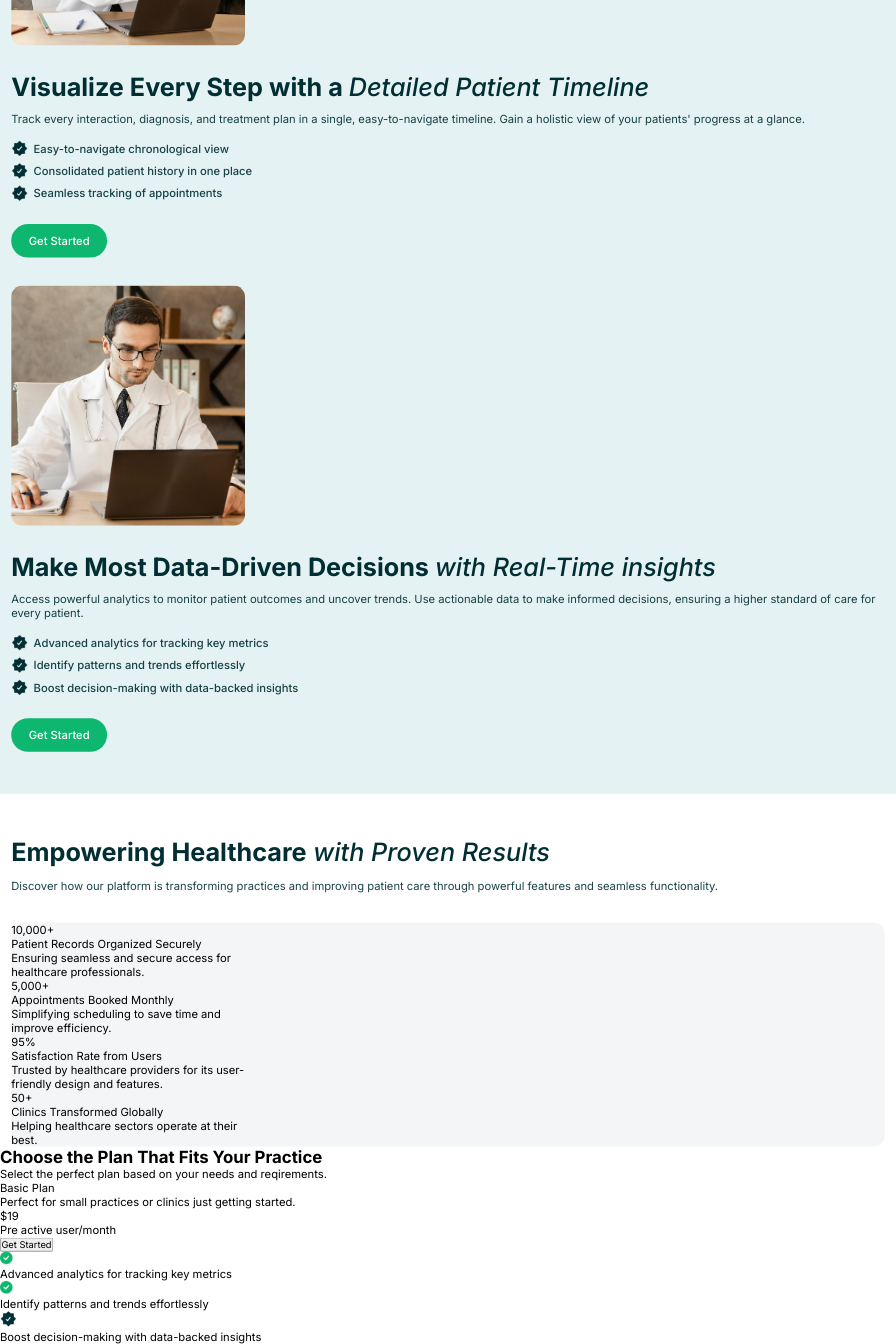
Repository: DiegoWWeege/recuperacao-prova-front-end
Page: index.html
These files come from the project's save history. The page is drawn as it stood at one moment and after the next save; the edit follows.
The browser window is 1280 px wide. The pictures show the part of the page from y = 1870 to 3790 px (the page is 3790 px tall before and 3784 px after), at 70% of full size.

Above is the page before, as saved 2026-06-22 19:06:30.

After the next save:
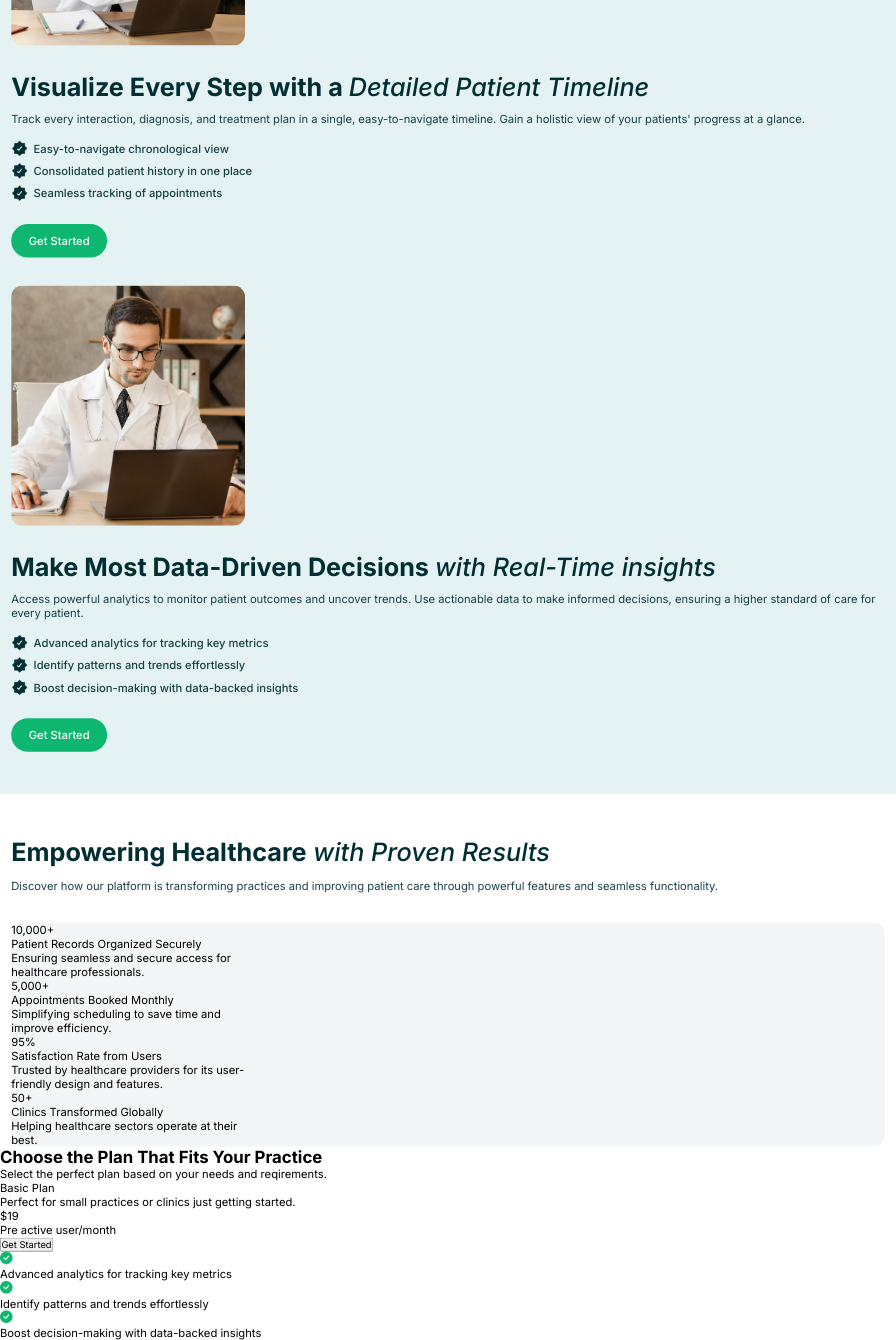
Saved 8 s later.
--- a/index.html
+++ b/index.html
@@ -126,7 +126,7 @@
                 <p class = "first-p">5,000+</p>
                 <p class = "second-p">Appointments Booked Monthly</p>
 
-                <p>Simplifying scheduling to save time and improve efficiency.</p>
+                <p class = "third-p">Simplifying scheduling to save time and improve efficiency.</p>
             </section>
 
             <section class = "large-box">
@@ -169,10 +169,10 @@
                 <img src="icons/green-ok.png" alt="">
                 <p class = "benefit">Advanced analytics for tracking key metrics</p>
 
-                <img src="icons/green-ok.png" alt="">
+                <img src="icons/green-ok.png" alt="green-ok-check">
                 <p class = "benefit">Identify patterns and trends effortlessly</p>
 
-                <img src="icons/checkmark-badge-02.png" alt="">
+                <img src="icons/green-ok.png" alt="">
                 <p class = "benefit">Boost decision-making with data-backed insights</p>
 
             </section>
